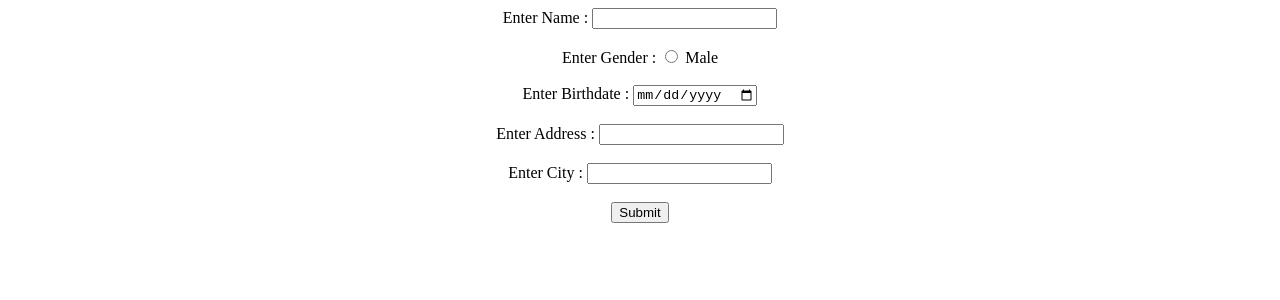
Repository: Vishalrathod8788/JEE
Page: Connectivity_demo/WebContent/index.html
An editor plug-in stored every save of this project. The page is shown before and after the next save, followed by the edit.
The browser window is 1280 px wide. The pictures show the whole page.

Above is the page before, as saved 2023-09-30 11:27:54.

After the next save:
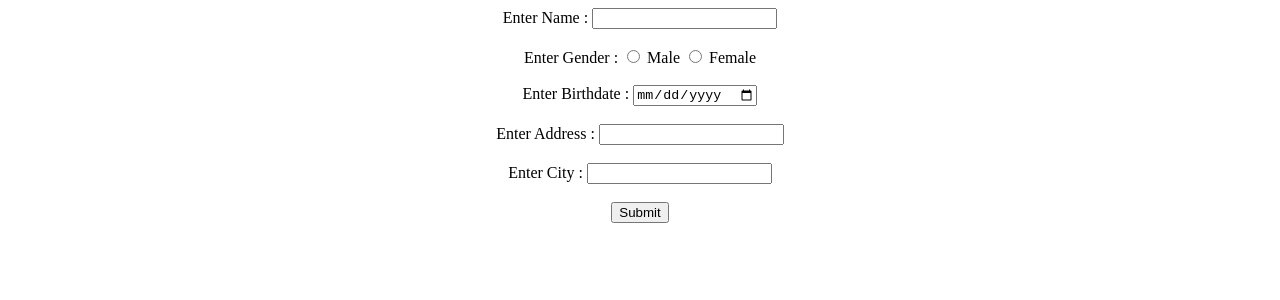
Saved 13 s later.
--- a/Connectivity_demo/WebContent/index.html
+++ b/Connectivity_demo/WebContent/index.html
@@ -9,7 +9,8 @@
 		Enter Name :
 		<input type="text" name="txtName" requeired /><br /><br />
 		Enter Gender :
-		<input type="radio" name="rbtMale" /> Male<br /><br />
+		<input type="radio" name="rbtMale" /> Male
+		<input type="radio" name="rbtMale" /> Female<br /><br />
 		Enter Birthdate :
 		<input type="date" name="txtBdate" requeired /><br /><br />
 		Enter Address :
